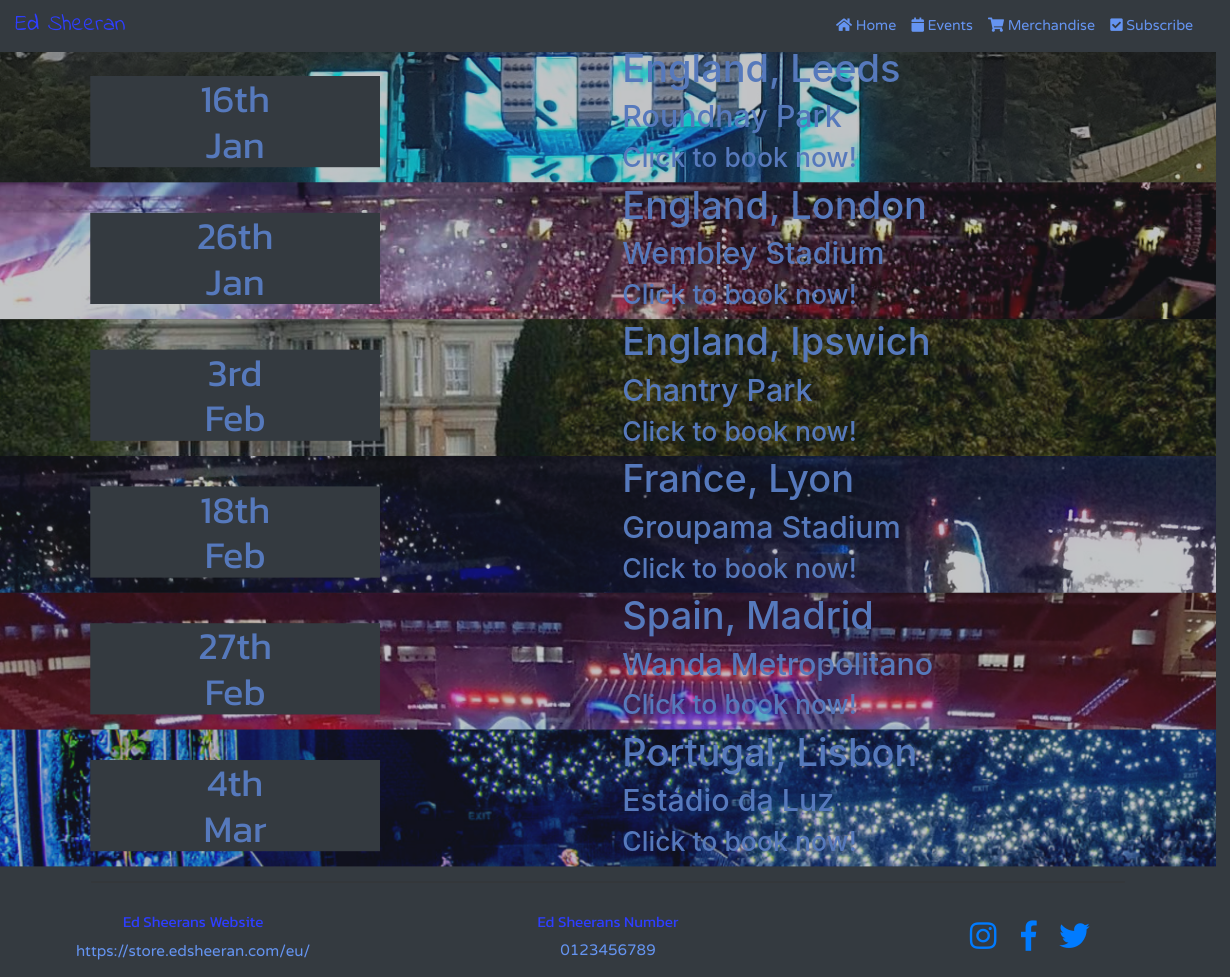
Repository: amit238/milestone-project-1
Page: events.html
The author's editor kept a record of every edit. The page is drawn from the files as they stood at one moment, then again after the next edit.
The browser window is 1280 px wide. The page is 1295 px wide, so the pictures cover 1295 px, including what lies to the right of the window. The pictures show the whole page, at 95% of full size.
Some web libraries are served in a nearby version.

Above is the page before.

After the next edit:
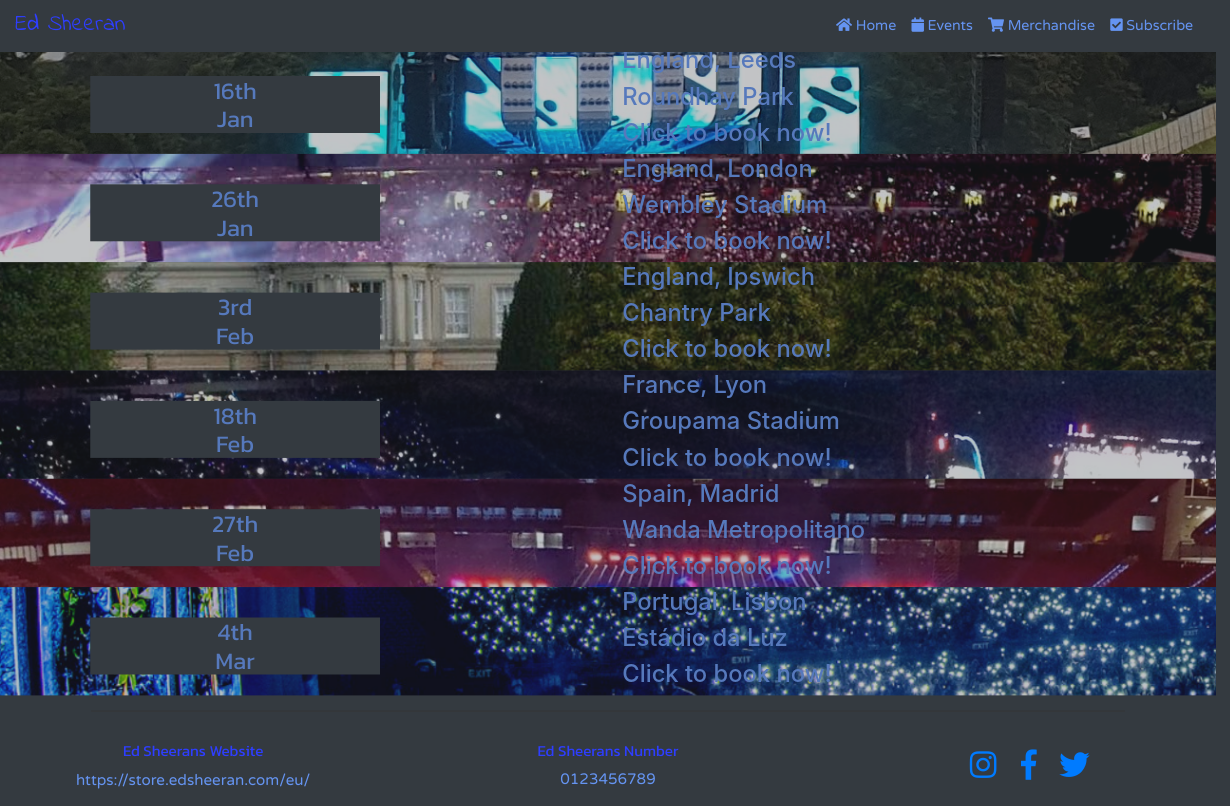
The edit:
--- a/assets/css/style.css
+++ b/assets/css/style.css
@@ -79,6 +79,16 @@
 .hyper-colour {
     color: #6594F1;
 }
+
+h1 {
+        font-size: 25px;
+    }
+h2 {
+        font-size: 25px;
+    }
+    h3 {
+        font-size: 25px;
+    }
 
 .events-left {
     font-family: 'Kanit', sans-serif;
